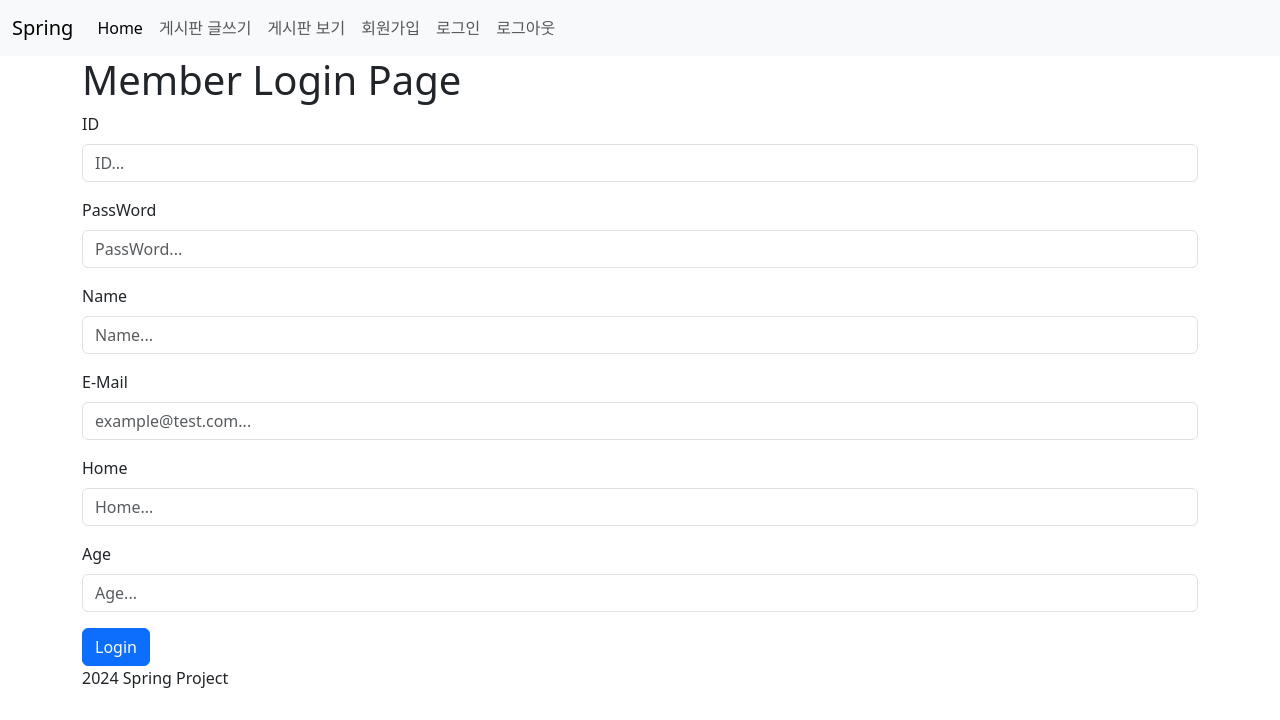
Repository: havanara/240423_SPRING_Project
Page: http://localhost/spring_study/WEB-INF/views/member/login.jsp
These files come from the project's save history. The page is drawn as it stood at one moment and after the next save; the edit follows.
The browser window is 1280 px wide. The pictures show the whole page.
The page is served by Tomcat 9. Nobody is signed in. The template is opened directly, without the code that normally fills it, so the values that code supplies are empty.

Above is the page before, as saved 2024-04-25 07:47:47.

### spring_study/src/main/webapp/WEB-INF/views/member/login.jsp
<%@ page language="java" contentType="text/html; charset=UTF-8"
    pageEncoding="UTF-8"%>

    <jsp:include page="../layout/header.jsp" />

<div class="container-md">
<h1>Member Login Page</h1>
<form action="/member/login" method="post">
	<div class="mb-3">
	  <label for="i" class="form-label">ID</label>
	  <input type="text" class="form-control" name="id" id="i" placeholder="ID...">
	</div>
	<div class="mb-3">
	  <label for="p" class="form-label">PassWord</label>
	  <input type="password" class="form-control" name="pw" id="p" placeholder="PassWord...">
	</div>
	<div class="mb-3">
	  <label for="n" class="form-label">Name</label>
	  <input type="text" class="form-control" name="name" id="n" placeholder="Name...">
	</div>
	<div class="mb-3">
	  <label for="e" class="form-label">E-Mail</label>
	  <input type="email" class="form-control" name="email" id="e" placeholder="example@test.com...">
	</div>
	<div class="mb-3">
	  <label for="h" class="form-label">Home</label>
	  <input type="text" class="form-control" name="home" id="h" placeholder="Home...">
	</div>
	<div class="mb-3">
	  <label for="a" class="form-label">Age</label>
	  <input type="text" class="form-control" name="age" id="a" placeholder="Age...">
	</div>

	<button type="submit" class="btn btn-primary">Login</button>
</form>

</div>

<jsp:include page="../layout/footer.jsp" />

### spring_study/src/main/webapp/WEB-INF/views/layout/header.jsp
<%@ page language="java" contentType="text/html; charset=UTF-8"
    pageEncoding="UTF-8"%>
<!DOCTYPE html>
<html>
<head>
<meta charset="UTF-8">
<title>header.jsp</title>
<link href="https://cdn.jsdelivr.net/npm/bootstrap@5.3.3/dist/css/bootstrap.min.css" rel="stylesheet" integrity="sha384-QWTKZyjpPEjISv5WaRU9OFeRpok6YctnYmDr5pNlyT2bRjXh0JMhjY6hW+ALEwIH" crossorigin="anonymous">
<script src="https://cdn.jsdelivr.net/npm/bootstrap@5.3.3/dist/js/bootstrap.bundle.min.js" integrity="sha384-YvpcrYf0tY3lHB60NNkmXc5s9fDVZLESaAA55NDzOxhy9GkcIdslK1eN7N6jIeHz" crossorigin="anonymous"></script>
</head>
<body>
<nav class="navbar navbar-expand-lg bg-body-tertiary">
  <div class="container-fluid">
    <a class="navbar-brand" href="#">Spring</a>
    <button class="navbar-toggler" type="button" data-bs-toggle="collapse" data-bs-target="#navbarSupportedContent" aria-controls="navbarSupportedContent" aria-expanded="false" aria-label="Toggle navigation">
      <span class="navbar-toggler-icon"></span>
    </button>
    <div class="collapse navbar-collapse" id="navbarSupportedContent">
      <ul class="navbar-nav me-auto mb-2 mb-lg-0">
        <li class="nav-item">
          <a class="nav-link active" aria-current="page" href="#">Home</a>
        </li>
        <li class="nav-item">
          <a class="nav-link" href="/board/register">게시판 글쓰기</a>
        </li>
        <li class="nav-item">
          <a class="nav-link" href="/board/list">게시판 보기</a>
        </li>
        <li class="nav-item">
          <a class="nav-link" href="/member/register">회원가입</a>
        </li>
        <li class="nav-item">
          <a class="nav-link" href="/member/login">로그인</a>
        </li>
        <li class="nav-item">
          <a class="nav-link" href="#">로그아웃</a>
        </li>
      </ul>
    </div>
  </div>
</nav>

### spring_study/src/main/webapp/WEB-INF/views/layout/footer.jsp
<%@ page language="java" contentType="text/html; charset=UTF-8"
    pageEncoding="UTF-8"%>
<!DOCTYPE html>

<div class="container-md">
	2024 Spring Project
</div>

</body>
</html>

After the next save:
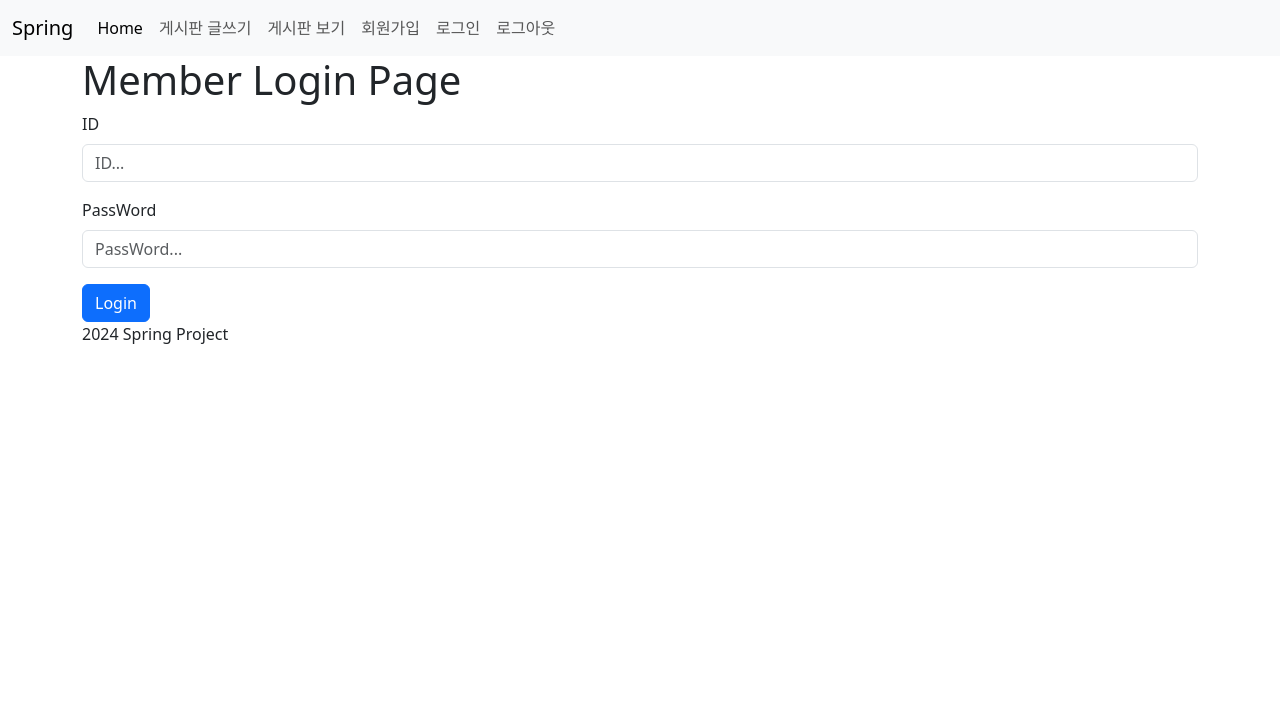
Saved 16 s later.
--- a/spring_study/src/main/webapp/WEB-INF/views/member/login.jsp
+++ b/spring_study/src/main/webapp/WEB-INF/views/member/login.jsp
@@ -14,22 +14,6 @@
 	  <label for="p" class="form-label">PassWord</label>
 	  <input type="password" class="form-control" name="pw" id="p" placeholder="PassWord...">
 	</div>
-	<div class="mb-3">
-	  <label for="n" class="form-label">Name</label>
-	  <input type="text" class="form-control" name="name" id="n" placeholder="Name...">
-	</div>
-	<div class="mb-3">
-	  <label for="e" class="form-label">E-Mail</label>
-	  <input type="email" class="form-control" name="email" id="e" placeholder="example@test.com...">
-	</div>
-	<div class="mb-3">
-	  <label for="h" class="form-label">Home</label>
-	  <input type="text" class="form-control" name="home" id="h" placeholder="Home...">
-	</div>
-	<div class="mb-3">
-	  <label for="a" class="form-label">Age</label>
-	  <input type="text" class="form-control" name="age" id="a" placeholder="Age...">
-	</div>
 
 	<button type="submit" class="btn btn-primary">Login</button>
 </form>
